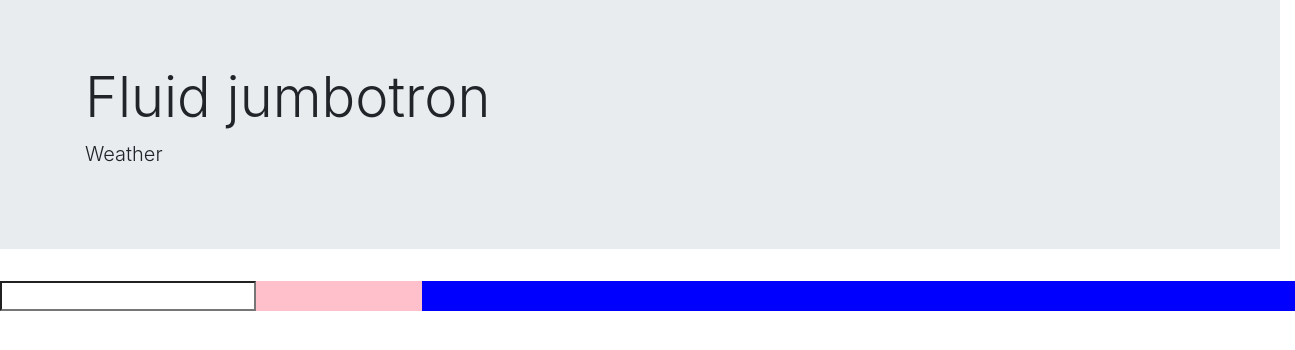
Repository: kkyler24/WeatherBug
Page: index.html
The author's editor kept a copy of each file at every save. The page is drawn from the files as they stood at one save, then again after the next save.
The browser window is 1280 px wide. The page is 1295 px wide, so the pictures cover 1295 px, including what lies to the right of the window. The pictures show the whole page.
Some web libraries are served in a nearby version.

Above is the page before, as saved 2020-04-14 13:21:34.

### index.html
<!DOCTYPE html>
<html lang="en">
<head>
    <meta charset="UTF-8">
    <meta name="viewport" content="width=device-width, initial-scale=1.0">
    <title>Weather</title>
    <!-- bootstrap -->
    <link rel="stylesheet" href="https://maxcdn.bootstrapcdn.com/bootstrap/4.0.0/css/bootstrap.min.css" integrity="sha384-Gn5384xqQ1aoWXA+058RXPxPg6fy4IWvTNh0E263XmFcJlSAwiGgFAW/dAiS6JXm" crossorigin="anonymous">
    <link rel="stylesheet" href="Style.css">
</head>
<body>
   <header>
    <div class="jumbotron jumbotron-fluid">
        <div class="container">
          <h1 class="display-4">Fluid jumbotron</h1>
          <p class="lead">Weather</p>
        </div>
      </div>
   </header>
   <main>
<div class="row">
    <div id="leftCol" class="col-md-4" style="background-color:pink">
        <input type="search">
    </div>





    <div id="rightCol" class="col-md-8 "style="background-color:blue"></div>
</div>





   </main>

    <script src="https://ajax.googleapis.com/ajax/libs/jquery/3.4.1/jquery.min.js"></script>
    <script src="https://cdnjs.cloudflare.com/ajax/libs/popper.js/1.12.9/umd/popper.min.js" integrity="sha384-ApNbgh9B+Y1QKtv3Rn7W3mgPxhU9K/ScQsAP7hUibX39j7fakFPskvXusvfa0b4Q" crossorigin="anonymous"></script>
    <script src="https://maxcdn.bootstrapcdn.com/bootstrap/4.0.0/js/bootstrap.min.js" integrity="sha384-JZR6Spejh4U02d8jOt6vLEHfe/JQGiRRSQQxSfFWpi1MquVdAyjUar5+76PVCmYl" crossorigin="anonymous"></script>
</body>
</html>

Loaded but not shown: Style.css (empty)

After the next save:
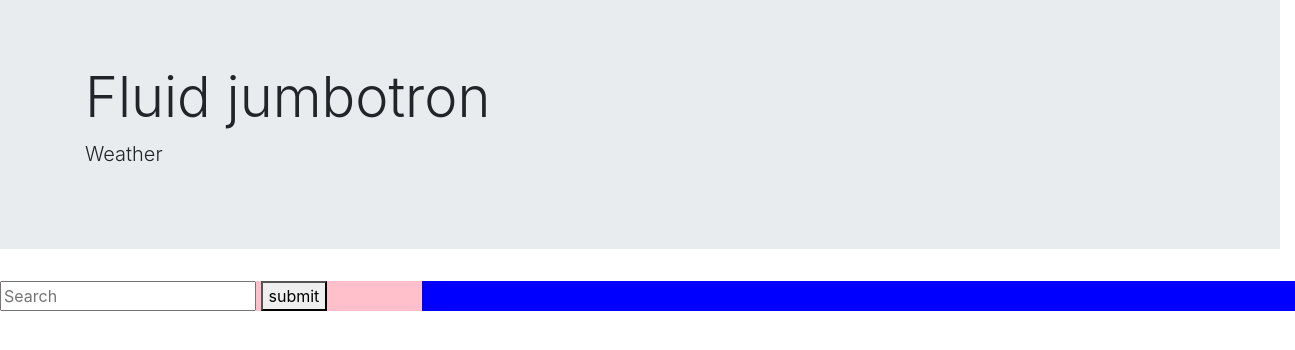
Saved 65 s later.
--- a/index.html
+++ b/index.html
@@ -20,7 +20,8 @@
    <main>
 <div class="row">
     <div id="leftCol" class="col-md-4" style="background-color:pink">
-        <input type="search">
+        <input type="text" placeholder="Search">
+        <button>submit</button>
     </div>
 
 
